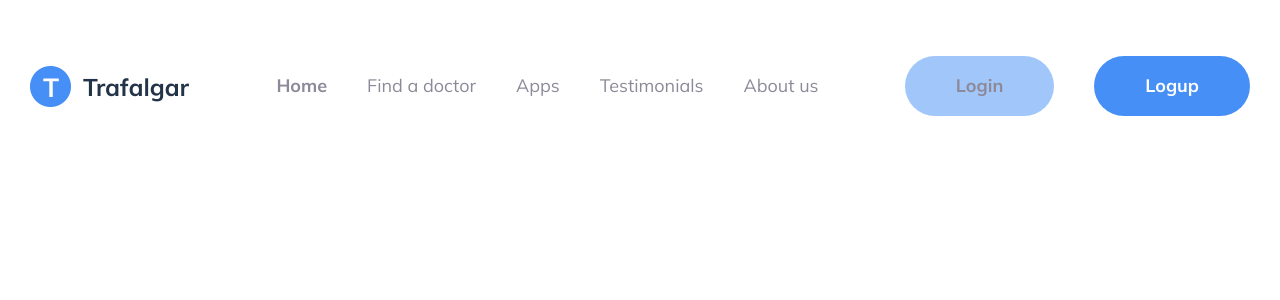
Repository: tungcutte35/Trafalgar
Page: index.html
The author's editor kept a copy of each file at every save. The page is drawn from the files as they stood at one save, then again after the next save.
The browser window is 1280 px wide. The pictures show the whole page.
The style sheet was rebuilt from its Sass, Less or Tailwind sources for each picture, by a compiler version that may differ from the author's.

Above is the page before, as saved 2021-10-17 16:28:09.

### index.html
<!DOCTYPE html>
<html lang="en">
<head>
  <meta charset="UTF-8">
  <meta http-equiv="X-UA-Compatible" content="IE=edge">
  <meta name="viewport" content="width=device-width, initial-scale=1.0">
  <title>HE</title>
  <link rel="stylesheet" href="./sass/css/app.css">
  <link rel="preconnect" href="https://fonts.googleapis.com">
  <link rel="preconnect" href="https://fonts.gstatic.com" crossorigin>
  <link href="https://fonts.googleapis.com/css2?family=Mulish:wght@300;400;700&display=swap" rel="stylesheet">
 <link rel="stylesheet" href="./font/fontawesome-free-5.15.4-web/css/all.min.css">
</head>
<body>
  <div class="wrapper">
    <header class="header">
    <div class="container">
      <div class="header-main">
        <img srcset="./Images/logo.png 2x" alt="" class="header-img">
        <ul class="menu">
          <li class="menu-item">
            <a href="#" class="menu-link"><strong>Home</strong></a>
          </li>
          <li class="menu-item">
            <a href="#" class="menu-link">Find a doctor</a>
          </li>
          <li class="menu-item">
            <a href="#" class="menu-link">Apps</a>
          </li>
          <li class="menu-item">
            <a href="#" class="menu-link">Testimonials</a>
          </li>
          <li class="menu-item">
            <a href="#" class="menu-link">About us</a>
          </li>
        </ul>
        <ul class="header-log">
          <li class="menu-item">
            <a href="#" class="button button--primary menu-link">Login</a>
          </li>
          <li class="menu-item">
            <a href="#" class=" button button--primary button button--primarymenu-link">Logup</a>
          </li>
          </ul>
      </div>
    </div>
  </div>


</body>
</html>

### sass/app.scss
@import "reset";
@import "variables";
@import "global";
@import "header";
@import "./menu";

### sass/_variables.scss
$font: "Mulish", sans-serif;
$gray: #1f1534;
$heading-color: #000000;
$primary-color: #458ff6;
$footer-color: #fff;

### sass/_global.scss
.wrapper {
  max-width: 1600px;
  margin: 0 auto;
}
.container {
  max-width: 1260px;
  margin: 0 auto;
  padding: 0 20px;
}
body {
  font-family: $font;
  line-height: 1;
  font-size: 16px;
  color: $gray;
}
ul {
  list-style-type: none;
}
.button {
  display: inline-flex;
  justify-content: center;
  align-items: center;
  font-size: 18px;
  font-weight: 700;
  height: 60px;
  padding: 0 51px;
  border-radius: 55px;
  background-color: transparent;
  border: 0;
  outline: none;
  cursor: pointer;
  &--primary {
    color: #fff;
    background-color: $primary-color;
  }
  &--outline {
    color: $primary-color;
    border: 1px solid $primary-color;
  }
}

### sass/_header.scss
.header {
  padding-top: 56px;
  &-main {
    display: flex;
    justify-content: space-between;
    align-items: center;
  }
  &-log {
    display: flex;
    justify-content: space-between;
    align-items: center;
    gap: 0 40px;
  }
}

### sass/_menu.scss
.menu {
  display: flex;
  align-items: center;
  gap: 0 40px;
  &-link {
    color: #1f1534;
    opacity: 0.5;
    font-size: 18px;
  }
}

Loaded but not shown: font/fontawesome-free-5.15.4-web/css/all.min.css (library); sass/_reset.scss (common file)

After the next save:
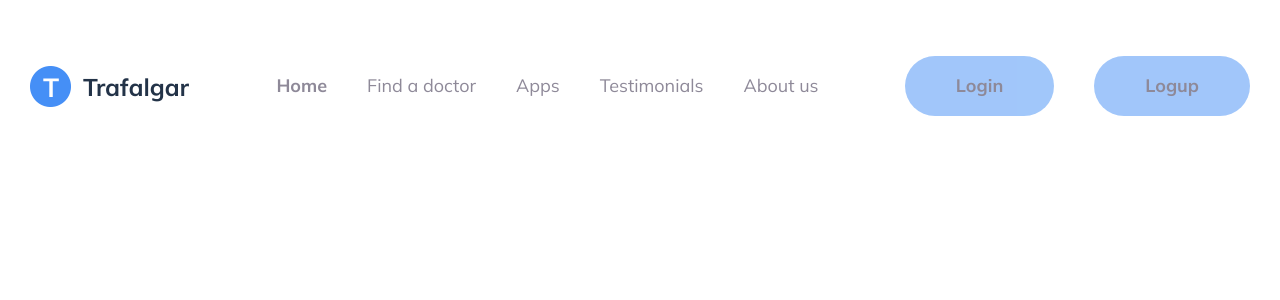
Saved 22 s later.
--- a/index.html
+++ b/index.html
@@ -39,7 +39,7 @@
             <a href="#" class="button button--primary menu-link">Login</a>
           </li>
           <li class="menu-item">
-            <a href="#" class=" button button--primary button button--primarymenu-link">Logup</a>
+            <a href="#" class=" button button--primary button button--primary menu-link">Logup</a>
           </li>
           </ul>
       </div>

After the save that followed:
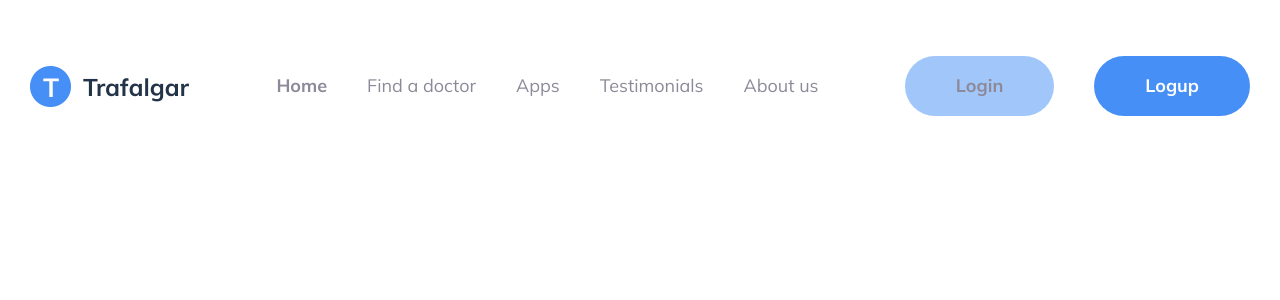
Saved 5 s later.
--- a/index.html
+++ b/index.html
@@ -39,7 +39,7 @@
             <a href="#" class="button button--primary menu-link">Login</a>
           </li>
           <li class="menu-item">
-            <a href="#" class=" button button--primary button button--primary menu-link">Logup</a>
+            <a href="#" class=" button button--primary button button--primarymenu-link">Logup</a>
           </li>
           </ul>
       </div>
